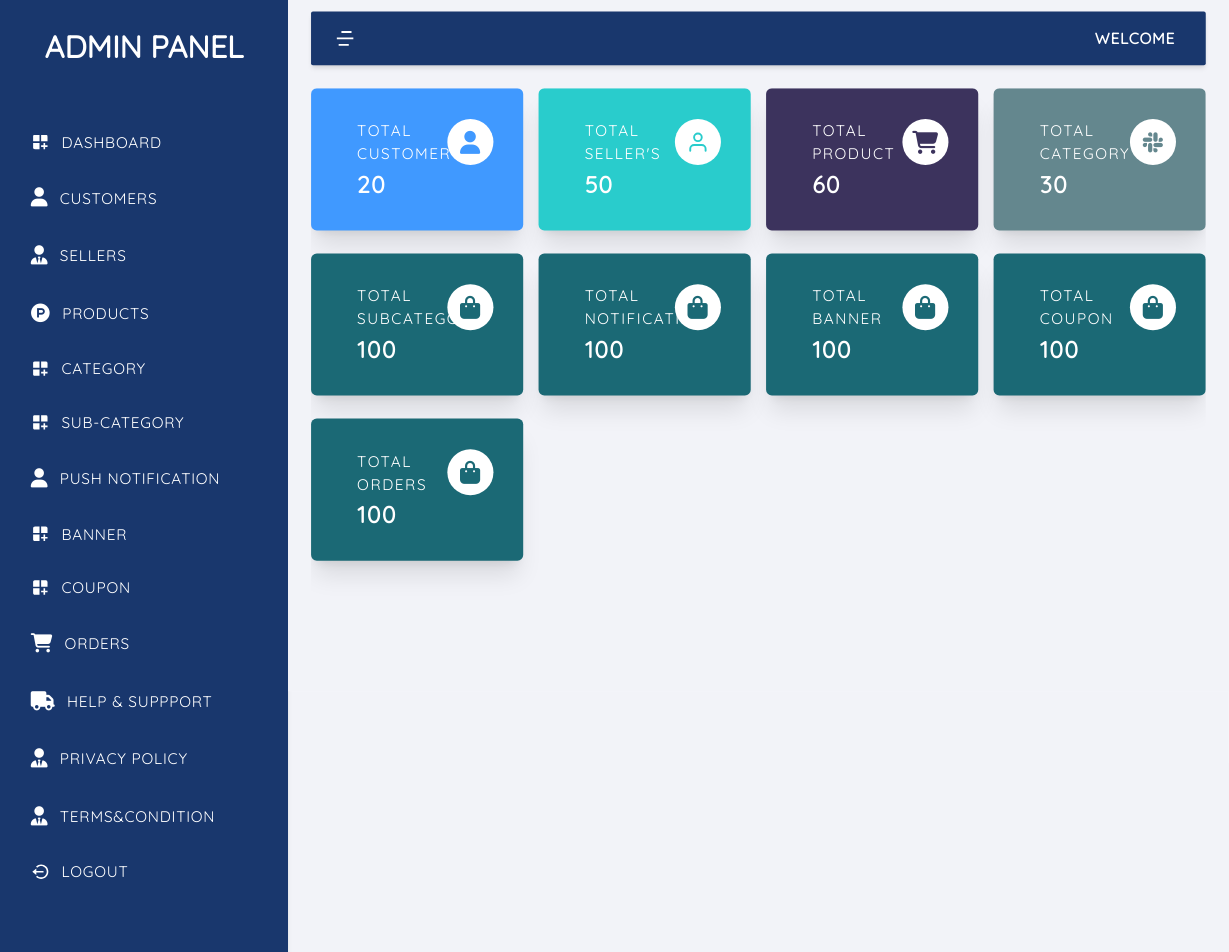
Repository: shishpal2000/admin.aschpro
Page: /dashboard
An editor plug-in stored every save of this project. The page is shown before and after a run of saves, followed by the edit.
The browser window is 1280 px wide. The pictures show the whole page, at 96% of full size.
Some web libraries are served in a nearby version. The project was rebuilt for these pictures with package versions that can differ from the ones it lists, and the page was loaded fresh each time. Also part of the build but not shown: src/E-CommerceAdmin/forms/Login.jsx, src/E-CommerceAdmin/pages/ECategory.js, src/E-CommerceAdmin/pages/EProduct.js, src/E-CommerceAdmin/pages/EVendorList.js, src/E-CommerceAdmin/pages/EAdminOrders.js, src/E-CommerceAdmin/pages/EAdminDelivery.js, src/E-CommerceAdmin/pages/EAdminCustomer.js, src/E-CommerceAdmin/pages/ESubCategory.js and 6 more. Imported but missing from the stored project, and not drawn on this page: src/E-CommerceAdmin/pages/Complaints, src/E-CommerceAdmin/pages/Component/SpinnerComp, src/E-CommerceAdmin/pages/EAdmin, src/E-CommerceAdmin/pages/EAdminProduct, src/E-CommerceAdmin/pages/ESingleProduct, src/E-CommerceAdmin/pages/GetMeThis, src/E-CommerceAdmin/pages/HelpSupport.

Above is the page before, as saved 2023-06-28 18:02:46.

### public/index.html
<!-- @format -->

<!DOCTYPE html>
<html lang="en">
  <head>
    <meta charset="utf-8" />
    <meta name="viewport" content="width=device-width, initial-scale=1" />
    <meta name="theme-color" content="#000000" />
    <meta
      name="description"
      content="Web site created using create-react-app"
    />
    <link rel="icon" href="%PUBLIC_URL%/favicon.png" />
    <link rel="manifest" href="%PUBLIC_URL%/manifest.json" />
    <link rel="preconnect" href="https://fonts.googleapis.com" />
    <link rel="preconnect" href="https://fonts.gstatic.com" crossorigin />
    <link
      href="https://fonts.googleapis.com/css2?family=Roboto+Mono:ital,wght@1,300&display=swap"
      rel="stylesheet"
    />
    <link rel="preconnect" href="https://fonts.googleapis.com">
<link rel="preconnect" href="https://fonts.gstatic.com" crossorigin>
<link href="https://fonts.googleapis.com/css2?family=Quicksand&display=swap" rel="stylesheet">
    <title>Subharambh</title>
  </head>
  <body>
    <noscript>You need to enable JavaScript to run this app.</noscript>
    <div id="root"></div>
    <script src="https://code.jquery.com/jquery-3.6.0.min.js"></script>
    <script
      src="https://kit.fontawesome.com/b533b351e4.js"
      crossorigin="anonymous"
    ></script>
    <script
      type="module"
      src="https://unpkg.com/ionicons@7.1.0/dist/ionicons/ionicons.esm.js"
    ></script>
    <script
      nomodule
      src="https://unpkg.com/ionicons@7.1.0/dist/ionicons/ionicons.js"
    ></script>
  </body>
</html>

### src/index.js
import React from "react";
import ReactDOM from "react-dom/client";
import "./index.css";
import App from "./App";
import { BrowserRouter } from "react-router-dom";
import 'bootstrap/dist/css/bootstrap.min.css'

const root = ReactDOM.createRoot(document.getElementById("root"));
root.render(
  <React.StrictMode>
    <BrowserRouter>
      <App />
    </BrowserRouter>
  </React.StrictMode>
);

### src/index.css
/** @format */

@tailwind base;
@tailwind components;
@tailwind utilities;

@import url("https://fonts.googleapis.com/css2?family=Roboto+Mono:ital,wght@1,300&display=swap");
@font-face {
  font-family: Roboto;
  src: url("./Fonts/Poppins-LightItalic.ttf");
}

body {
  margin: 0;
  font-family: Quicksand !important;
  -webkit-font-smoothing: antialiased;
  -moz-osx-font-smoothing: grayscale;
}

code {
  font-family: Quicksand !important;
}

html {
  font-family: Quicksand !important;
}

::-webkit-scrollbar {
  width: 10px;
}
.fa-trash {
  color: red;
  cursor: pointer;
}

.iCOn {
  transition: 0.5s;
  box-shadow: none;
  transform: scale(1);
}
.cardDiv {
  cursor: pointer;
}

.cardDiv:hover .iCOn {
  box-shadow: rgba(0, 0, 0, 0.35) 0px 5px 15px;
  transform: scale(1.3);
}

/* Track */
::-webkit-scrollbar-track {
  background: #f1f1f1;
}

/* Handle */
::-webkit-scrollbar-thumb {
  background: #888;
}

/* Handle on hover */
::-webkit-scrollbar-thumb:hover {
  background: #555;
}
.profileImage {
  width: 100px;
}
.fa-eye {
  color: #029aff;
  cursor: pointer;
}
.fa-edit {
  cursor: pointer;
  color: blue;
}

.View {
  border: 1px solid black;
  width: 100%;
  padding: 10px;
}

.main-card--container {
  display: grid;
  grid-template-columns: repeat(3, minmax(300px, 500px));
  grid-gap: 50px;
  justify-content: space-around;
}
.card-container {
  margin: 25px 0 auto;
  box-shadow: rgba(0, 0, 0, 0.35) 0px 5px 15px;
  position: relative;
  display: grid;
  grid-template-columns: 1fr;
  justify-content: space-around;
  align-items: flex-start;
}

.myEdit:focus {
  box-shadow: rgba(0, 0, 0, 0.35) 0px 5px 15px;
}

.AstroLogin {
  color: #fff;
  background-color: #2b7a8e;
  padding: 10px;
  width: 380px;
  text-align: center;
  font-size: 20px;
  background: linear-gradient(to left, #2b7a8e 50%, #fff 50%) right;
  background-size: 200%;
  transition: 0.5s ease-out;
  border: 1px solid #2b7a8e;
  margin-top: 10px;
  text-transform: uppercase;
}
.AstroLogin:hover {
  background-position: left;
  color: #2b7a8e;
}

.EcommerceAdminLogin {
  color: #fff;
  background-color: #19376d;
  padding: 10px;
  width: 380px;
  text-align: center;
  font-size: 20px;
  background: linear-gradient(to left, #19376d 50%, #fff 50%) right;
  background-size: 200%;
  transition: 0.5s ease-out;
  border: 1px solid #19376d;
  margin-top: 10px;
  text-transform: uppercase;
}

.EcommerceAdminLogin:hover {
  background-position: left;
  color: #19376d;
}
.EcommerceVendorLogin {
  color: #fff;
  background-color: #576cbc;
  padding: 10px;
  width: 380px;
  text-align: center;
  font-size: 20px;
  background: linear-gradient(to left, #576cbc 50%, #fff 50%) right;
  background-size: 200%;
  transition: 0.5s ease-out;
  border: 1px solid #576cbc;
  margin-top: 10px;
  text-transform: uppercase;
}

.EcommerceVendorLogin:hover {
  background-position: left;
  color: #576cbc;
}

.view {
  background-color: #2196f3;
  color: #fff;
  width: 50%;
  padding: 5px;
}

.two-sec {
  display: flex;
  justify-content: space-evenly;
  justify-content: space-evenly;
}
.two-sec .left {
  width: 60%;
  background-color: #f6f1ef;
  padding: 20px;
}
.two-sec .left .head {
  font-size: 25px;
  font-weight: bold;
}

.two-sec .right {
  width: 30%;
  background-color: #f6f1ef;
}

.searchDiv {
  width: 100%;
  display: flex;
  gap: 10px;
  border: 1px solid rgb(179, 179, 179);
  padding: 10px;
  margin-bottom: 20px;
  align-items: center;
}
.searchDiv input {
  width: 94%;
  outline: none;
  border: none;
}

.flexCont {
  display: flex;
  align-items: center;
  gap: 10px;
}
.flexCont img {
  width: 60px;
  background-color: #e9ecef;
}

.blockContent {
  display: block;
}
.blockContent p {
  margin: 0;
}

.checkBox {
  width: 50px;
  height: 25px;
  background-color: #e9ecef;
  border-radius: 50px;
  position: relative;
  cursor: pointer;
}
.checkBox span {
  width: 20px;
  height: 20px;
  border-radius: 100%;
  background-color: #fff;
  position: absolute;
  left: 5px;
  top: 2px;
}
.ActivecheckBox {
  width: 50px;
  height: 25px;
  background-color: #0d6efd;
  border-radius: 50px;
  position: relative;
  cursor: pointer;
}
.ActivecheckBox span {
  width: 20px;
  height: 20px;
  border-radius: 100%;
  background-color: #fff;
  position: absolute;
  right: 5px;
  top: 2px;
}

.fa-eye {
  color: #0cba73;
  text-align: center;
}

.fa-pen-to-square {
  color: #f4c39c;
  text-align: center;
  cursor: pointer;
}
.fa-trash {
  color: #df939f;
  text-align: center;
}

.required {
  color: #e74260;
}

.headP {
  margin-left: 2%;
  color: #7b7c7d;
}
.headP a{
  color: #7b7c7d;
}
.filterBox {
  display: flex;
  align-items: center;
  gap: 10px;
  border-bottom: 1px solid #d4d7dc;
  padding-bottom: 20px;
  margin-bottom: 20px;
}
.filterBox img {
  width: 30px;
}
.filterBox input {
  width: 100%;
  border: 1px solid #d4d7dc;
  outline: none;
  padding: 5px;
  color: black;
}
.sectionCont {
  width: 98%;
  background-color: #fff;
  margin-left: 2%;
  padding: 20px;
}

.overFlowCont {
  width: 100%;
  overflow-x: auto;
}

.logo {
  width: auto;
  margin-bottom: 20px;
}

.updateProfile {
  margin-left: 20px;
  border: 1px solid #fff;
  border-radius: 100%;
  font-size: 1.2rem;
  padding: 10px;
  transition: 0.5s;
  cursor: pointer;
}
.updateProfile:hover {
  border: 1px solid #19376d;
  color: #19376d;
  background-color: #fff;
}

.Normalbtn {
  background-color: #19376d !important;
  border: 1px solid #19376d !important;
  border-radius: 0px !important;
}

.ImageCarousel {
  width: 150px !important;
  margin: 0px !important;
  height: 150px !important;
}
.CarouselImages {
  width: 150px !important;
  height: 150px !important;
}
.CarouselImages img {
  width: 100% !important;
  height: 100% !important;
}

.ModalCarousel {
  width: 100% !important;
  height: 500px !important;
}
.ModalCarousel {
  width: 100% !important;
  height: 500px !important;
}
.ModalCarousel img {
  width: 100% !important;
  height: 500px !important;
}

.gridCont {
  display: grid;
  grid-template-columns: auto auto auto;
  justify-content: space-evenly;
}
.gridCont div {
  width: 400px;
  height: 100%;
  box-shadow: rgba(0, 0, 0, 0.35) 0px 5px 15px;
  padding: 10px;
  margin-top: 20px;
  display: flex;
  justify-content: space-between;
  flex-direction: column;
}
.gridCont div img {
  width: 100%;
}
.delete-Btn {
  width: 90%;
  margin-left: 5%;
  color: #c44b3f;
  border: 1px solid #c44b3f;
  transition: 0.5s;
  padding: 10px;

}

.delete-Btn:hover {
  background-color: #c44b3f;
  color: #fff;
}

.BannerCarousel {
  width: 300px;
  margin: 0px !important;
}
.BannerCarouselImage {
  width: 300px;
}
.BannerCarouselImage img {
  width: 100%;
}

.pagination {
  display: flex;
  justify-content: center;
  align-items: center;
  gap: 10px;
  margin-bottom: 20px;
}
.pagination button {
  border: 1px solid black;
  padding: 10px;
}

.activePage {
  background-color: #19376d;
  color: #fff;
  border: 1px solid #19376d !important;
}

.active {
  background-color: #fff;
  color: #19376d !important;
}
.prevBtn {
  background-color: #fff;
  color: #19376d;
  border: 1px solid #19376d !important;
  transition: 0.5s;
}

.prevBtn:hover,
.prevBtn:focus,
.prevBtn:active {
  background-color: #19376d;
  color: #fff;
  border: 1px solid #19376d !important;
}
.nextBtn {
  background-color: #fff;
  color: #19376d;
  border: 1px solid #19376d !important;
  transition: 0.5s;
}

.nextBtn:hover,
.nextBtn:focus,
.nextBtn:active {
  background-color: #19376d;
  color: #fff;
  border: 1px solid #19376d !important;
}

.dangerBox {
  position: relative;
}
.dangerBox i {
  position: absolute;
  top: 50%;
  left: 90%;
  transform: translate(-50%, -50%);
  cursor: pointer;
}

.fa-ellipsis-vertical {
  cursor: pointer;
}

.two_Sec_Div {
  display: flex;
  align-items: center;
  gap: 10px;
}
.two_Sec_Div a {
  color: #000;
  text-decoration: none;
}
.two_Sec_Div p {
  margin: 0;
  font-family: Quicksand;
  font-weight: 600;
  font-size: 16px;
}
.Detail_Section {
  display: flex;
  justify-content: space-evenly;
  gap: 20px;
}
.Detail_Section .Left_Cont {
  width: 30%;
}
.Detail_Section .Left_Cont img {
  display: block;
  margin: auto;
}
.Detail_Section .right_Cont {
  width: 60%;
}
.Detail_Section .right_Cont .Head {
  text-transform: capitalize;
  font-weight: 700;
}
.Detail_Section .right_Cont .Rating {
  display: flex;
  gap: 10px;
  align-items: center;
}
.Detail_Section .right_Cont .Rating .rat {
  font-weight: 600;
  color: #555;
}
.Detail_Section .right_Cont .two_Sec{
  display: flex;
  gap: 20px;
  align-items: center;
}
.Detail_Section .right_Cont .two_Sec .first{
  font-size: 25px;
  font-weight: 800;
}
.Detail_Section .right_Cont .two_Sec .second{
  font-size: 16px;
  text-decoration: line-through;
  font-weight: 600;
  color: #7b7c7d;

}
.Detail_Section .right_Cont ul{
  list-style-type: disc;
}

### src/E-CommerceAdmin/pages/Dashboard.jsx
/** @format */

import { FiUser } from "react-icons/fi";
import HOC from "../layout/HOC";
import { useNavigate } from "react-router-dom";

const Dashboard = () => {
  const navigate = useNavigate();

  const card = [
    {
      progress: "bg-green-400",
      title: "Total Customer's",
      number: 20,
      icon: (
        <i
          className="fa-solid fa-user text-2xl"
          style={{ color: "#4099ff" }}
        ></i>
      ),
      bg: "#4099ff",
      link: "/Customer",
    },
    {
      progress: "bg-green-400",
      title: "Total Seller's",
      number: 50,
      icon: <FiUser className="text-2xl text-[#29cccc]" />,
      bg: "#29cccc",
      link: "/Admin",
    },
    {
      progress: "bg-green-400",
      title: "total Product",
      number: 60,
      icon: <i class="fa-solid fa-cart-shopping text-2xl text-[#3c335d]"></i>,
      bg: "#3c335d",
      link: "/Product",
    },
    {
      progress: "bg-green-400",
      title: "total category",
      number: 30,
      icon: <i className=" fa-brands fa-slack text-2xl text-[#64878e]"></i>,
      bg: "#64878e",
      link: "/Category",
    },

    {
      progress: "bg-green-400",
      title: "total subcategory",
      number: 100,
      icon: (
        <i className=" fa-solid fa-bag-shopping text-2xl text-[#1b6975]"></i>
      ),
      bg: "#1b6975",
      link: "/Orders",
    },

    {
      progress: "bg-green-400",
      title: "total Notification",
      number: 100,
      icon: (
        <i className=" fa-solid fa-bag-shopping text-2xl text-[#1b6975]"></i>
      ),
      bg: "#1b6975",
      link: "/Orders",
    },

    {
      progress: "bg-green-400",
      title: "total Banner",
      number: 100,
      icon: (
        <i className=" fa-solid fa-bag-shopping text-2xl text-[#1b6975]"></i>
      ),
      bg: "#1b6975",
      link: "/Orders",
    },

    {
      progress: "bg-green-400",
      title: "total Coupon",
      number: 100,
      icon: (
        <i className=" fa-solid fa-bag-shopping text-2xl text-[#1b6975]"></i>
      ),
      bg: "#1b6975",
      link: "/Orders",
    },
    {
      progress: "bg-green-400",
      title: "total Orders",
      number: 100,
      icon: (
        <i className=" fa-solid fa-bag-shopping text-2xl text-[#1b6975]"></i>
      ),
      bg: "#1b6975",
      link: "/Orders",
    },
  ];
  return (
    <>
      <section className="grid md:grid-cols-4 grid-cols-2 gap-y-6 gap-x-4">
        {card.map((card, index) => {
          return (
            <div
              className="px-5 py-8 bg-slate-200 space-y-2 shadow-xl flex flex-col  rounded-md cardDiv"
              key={index}
              style={{
                backgroundColor: `${card.bg}`,
                textTransform: "uppercase",
              }}
              onClick={() => navigate(`${card.link}`)}
            >
              <div className="grid  justify-between grid-cols-4">
                <div className="flex flex-col col-span-3 space-y-1">
                  <span
                    className="tracking-widest text-gray-900"
                    style={{ color: "#fff" }}
                  >
                    {card.title}
                  </span>
                  <span
                    className="tracking-wider text-gray-700 text-xl md:text-2xl font-semibold"
                    style={{ color: "#fff" }}
                  >
                    {card.number}
                  </span>
                </div>
                <div className="flex rounded-full w-10 h-10 sm:w-12 sm:h-12 bg-white justify-center items-center iCOn">
                  {card.icon}
                </div>
              </div>
            </div>
          );
        })}
      </section>
    </>
  );
};

export default HOC(Dashboard);

### src/E-CommerceAdmin/layout/HOC.jsx
/** @format */

import React, { useState } from "react";
import Navbar from "./Navbar";
import Sidebar from "./Sidebar";

const HOC = (Wcomponenet) => {
  return function Component() {
    const [hamb, setHamb] = useState(false);
    return (
      <>
        <section
          className="flex overflow-x-hidden relative "
          style={{ backgroundColor: "#f2f3f8" }}
        >
          {/* Sidebar */}
          <div
            className={
              hamb
                ? " absolute top-0 z-30 md:w-auto shadow-md bg-slate-200  w-60 transition-all md:-left-full left duration-150  h-auto overflow-y-auto  left-0 "
                : " md:w-72 z-30 bg-slate-200  shadow-md  md:static absolute top-0 -left-full   transition-all duration-150  overflow-y-auto h-auto"
            }
            style={{ minWidth: "300px" }}
          >
            <Sidebar hamb={hamb} setHamb={setHamb} />
          </div>
          {/* Components & Navbar */}
          <div
            className={
              hamb
                ? " transition-all px-4 py-2  duration-150 w-full h-screen"
                : " w-full h-screen  px-4 py-2   z-50 transition-all duration-150 "
            }
            style={{ backgroundColor: "#f2f3f8" }}
          >
            <Navbar hamb={hamb} setHamb={setHamb} />
            <div className="my-6 text-#000 h-[87%] wcomp overflow-y-auto">
              {" "}
              <Wcomponenet />
            </div>
          </div>
        </section>
      </>
    );
  };
};

export default HOC;

### src/E-CommerceAdmin/layout/Navbar.jsx
/** @format */

import { RiMenu4Line } from "react-icons/ri";

const Navbar = ({ hamb, setHamb }) => {
  const AdminName = localStorage.getItem("AdminName")
  return (
    <>
      <div
        className={
          hamb
            ? "flex  w-full justify-between  my-1 rounded-sm  p-4 py-3 shadow-md items-center  bg-slate-200 space-x-4"
            : "flex  w-full justify-between my-1 rounded-sm  p-4 py-3 shadow-md items-center  bg-slate-200 space-x-4"
        }
        style={{ backgroundColor: "#19376d" }}
      >
        <RiMenu4Line
          onClick={() => setHamb(!hamb)}
          className="text-2xl font-bold text-gray-900 hover:scale-90 cursor-pointer"
          style={{ color: "#fff" }}
        />

        <section className="flex sm:ml-auto justify-end sm:w-full items-center space-x-2  pr-2">
          <figcaption className="tracking-wider pl-1 font-semibold">
            <div
              className="lg:text-base text-sm text-gray-900  uppercase"
              style={{ color: "#fff" }}
            >
              Welcome {AdminName}
            </div>
          </figcaption>
        </section>
      </div>
    </>
  );
};

export default Navbar;

### src/E-CommerceAdmin/layout/Sidebar.jsx
/** @format */

import React from "react";
import { RiCloseLine } from "react-icons/ri";
import { Link, useNavigate } from "react-router-dom";
import { BiLogOutCircle } from "react-icons/bi";
import { MdDashboardCustomize } from "react-icons/md";

const Sidebar = ({ hamb, setHamb }) => {
  const navigate = useNavigate();

  const nav = [
    {
      icon: <MdDashboardCustomize className="text-xl mr-3 rounded-full " />,
      link: "/dashboard ",
      name: "Dashboard",
    },

    {
      icon: (
        <i className="fa-solid fa-user text-xl mr-3 rounded-full"></i>
      ),
      link: "/Customer",
      name: "Customers",
    },
    {
      icon: <i className="fa-solid fa-user-tie text-xl mr-3 rounded-full"></i>,
      link: "/VendorList",
      name: "Sellers",
    },
    {
      icon: (
    <i className="fa-brands fa-product-hunt text-xl mr-3 rounded-full"></i>
      ),
      link: "/Product",
      name: "Products",
    },
    {
      icon: <MdDashboardCustomize className="text-xl mr-3 rounded-full " />,
      link: "/Category",
      name: "Category",
    },

    {
      icon: <MdDashboardCustomize className="text-xl mr-3 rounded-full " />,
      link: "/SubCategory",
      name: "Sub-Category",
    },
    {
      icon: <i className="fa-solid fa-user text-xl mr-3 rounded-full"></i>,
      link: "/pushNotification",
      name: "Push Notification",
    },

    {
      icon: <MdDashboardCustomize className="text-xl mr-3 rounded-full " />,
      link: "/banner",
      name: "Banner",
    },
    {
      icon: <MdDashboardCustomize className="text-xl mr-3 rounded-full " />,
      link: "/coupon",
      name: "Coupon",
    },

    {
      icon: (
        <i className="fa-solid fa-cart-shopping text-xl mr-3 rounded-full"></i>
      ),
      link: "/Orders",
      name: "Orders",
    },

    {
      icon: <i className="fa-solid fa-truck  text-xl mr-3 rounded-full"></i>,
      link: "/Support",
      name: "Help & Suppport",
    },


    {
      icon: <i className="fa-solid fa-user-tie text-xl mr-3 rounded-full"></i>,
      link: "/privacy",
      name: "Privacy Policy",
    },
    {
      icon: <i className="fa-solid fa-user-tie text-xl mr-3 rounded-full"></i>,
      link: "/terms",
      name: "Terms&Condition",
    }
  ];

  const logOut = () => {
    localStorage.clear()
    navigate("/");
  };

  return (
    <>
      <aside
        className="p-4 h-auto"
        style={{ backgroundColor: "#19376d", minHeight: "100vh" }}
      >
        {/* Top */}
        <div className="w-full md:hidden relative  p-2 mb-4">
          <RiCloseLine
            onClick={() => setHamb(!hamb)}
            className="text-3xl  absolute top-2 sm:hover:rotate-[228deg] transition-transform font-bold right-2 sm:hover:text-[22px] text-[rgb(241,146,46)] cursor-pointer"
          />
        </div>{" "}
        <figure className="flex  flex-col items-center">
          <span
            className="font-bold text-[#fff]"
            style={{
              fontSize: "2rem",
              textAlign: "center",
              textTransform: "uppercase",
            }}
          >
            {" "}
            ADMIN PANEL
          </span>
        </figure>
        <nav className="py-6">
          {nav.map((nav) => {
            return (
              <Link
                to={nav.link}
                key={nav.name}
                className=""
                style={{ textDecoration: "none", textTransform: "uppercase" }}
              >
                <span
                  className="flex my-3 items-center cursor-pointer text-gray-900    tracking-wider p-2 rounded-sm"
                  style={{ color: "#FFF" }}
                >
                  {nav.icon} {nav.name}
                </span>
              </Link>
            );
          })}
          <span
            className="flex my-3 items-center cursor-pointer text-gray-900    tracking-wider p-2 rounded-sm"
            onClick={() => logOut()}
            style={{ color: "#FFF", textTransform: "uppercase" }}
          >
            <BiLogOutCircle className="text-xl mr-3 rounded-full " /> LogOut
          </span>
        </nav>
      </aside>
    </>
  );
};

export default Sidebar;

Loaded but not shown: tailwind.config.js (common file); src/App.js (54 lines, source omitted)

After the next 2 saves:
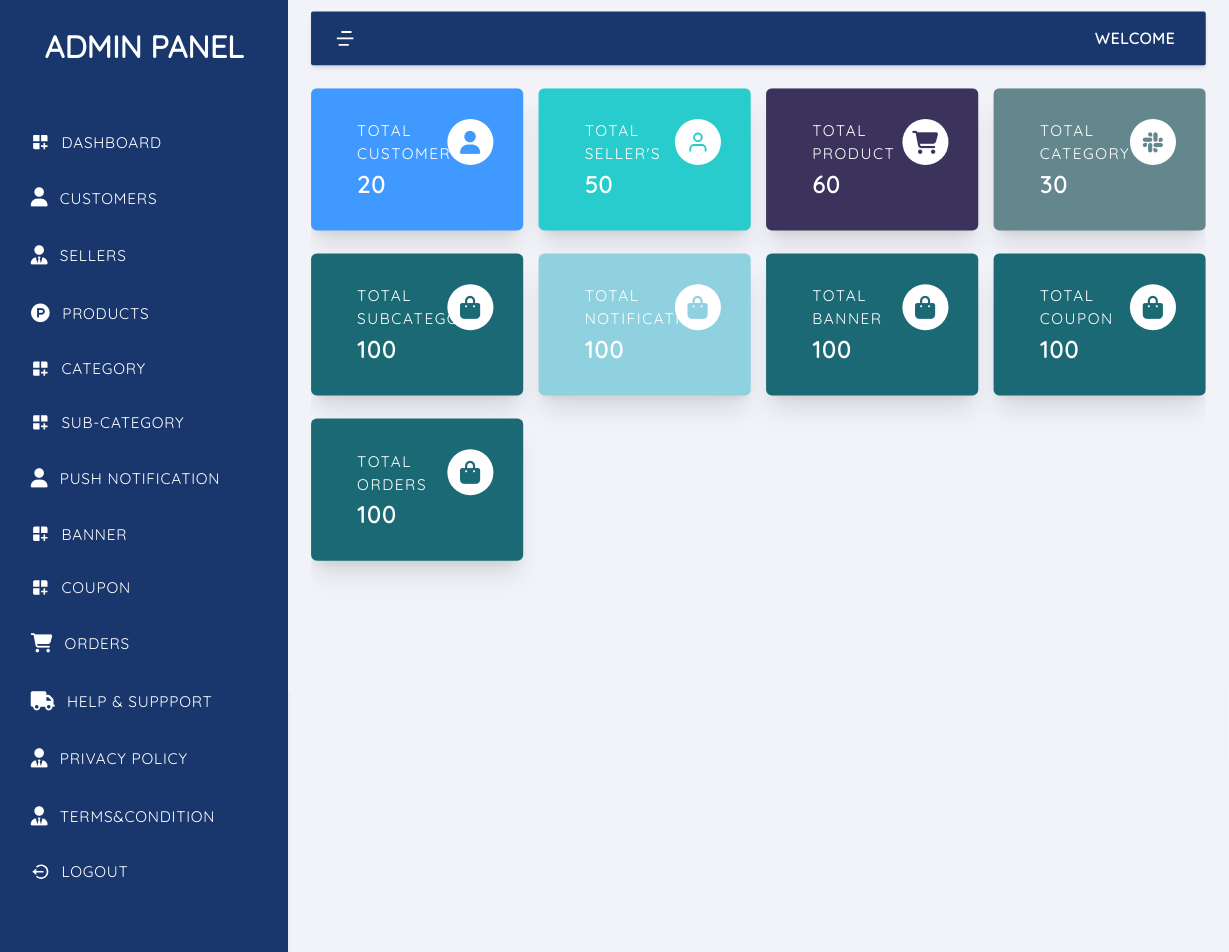
The 2 saves are shown as one change because they came seconds apart.
The last was saved 72 s later.
--- a/src/E-CommerceAdmin/pages/Dashboard.jsx
+++ b/src/E-CommerceAdmin/pages/Dashboard.jsx
@@ -62,9 +62,9 @@ const Dashboard = () => {
       title: "total Notification",
       number: 100,
       icon: (
-        <i className=" fa-solid fa-bag-shopping text-2xl text-[#1b6975]"></i>
+        <i className=" fa-solid fa-bag-shopping text-2xl text-[#8fd1df]"></i>
       ),
-      bg: "#1b6975",
+      bg: "#8fd1df",
       link: "/Orders",
     },
 
